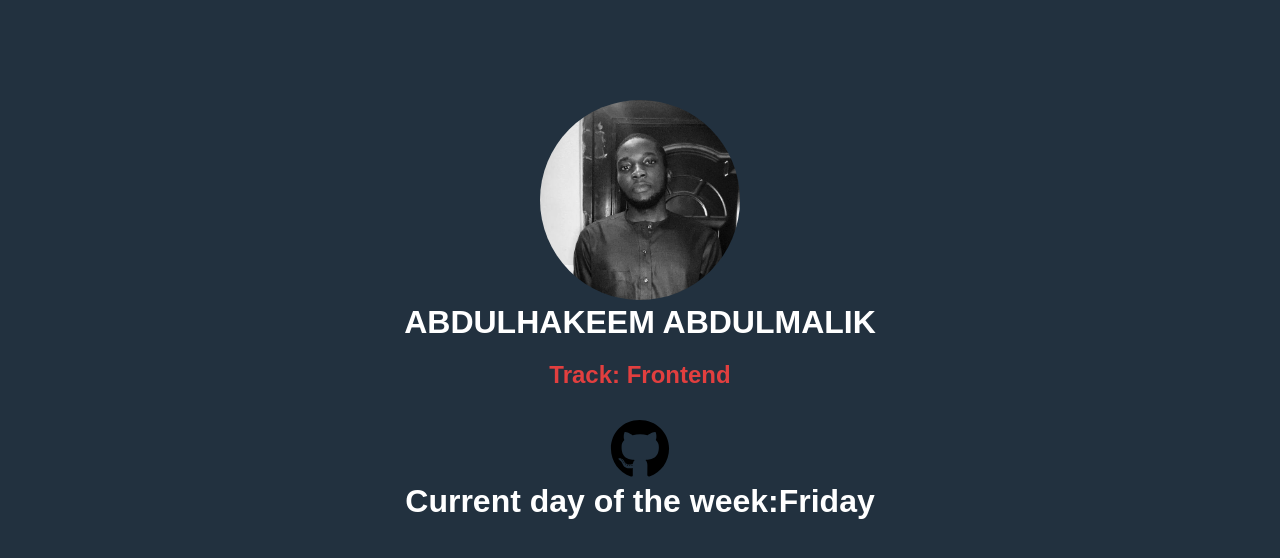
Repository: malikhakeem/HNG-TASK
Page: HNG-TASK1.html
The author's editor kept a copy of each file at every save. The page is drawn from the files as they stood at one save, then again after the next save.
The browser window is 1280 px wide. The pictures show the whole page.

Above is the page before, as saved 2023-09-08 23:13:32.
Console error: ReferenceError: currentTimeMillis is not defined

### HNG-TASK1.html
<!DOCTYPE html>
<html lang="en">

<head>
    <meta charset="UTF-8">
    <meta name="viewport" content="width=device-width, initial-scale=1.0">
    <link rel="stylesheet" href="./HNG-TASK!.css">

    <title>HNG</title>
    <script src="./HNG-TASK.js"></script>
</head>

<body>


    <div class="body">
        <div class="nav">
            <div class="nav-left"><img data-testId="slackDisplayImage" class="profile-pic" src="./pic/kim.jpg"
                    alt="Malik" /></div>
            <div class="nav-mid">
                <div class="slack-name">
                    <h1>ABDULHAKEEM ABDULMALIK</h1>
                </div>
                <div class="track">
                    <h2 data-testId="myTrack">Track: Frontend</h2>
                </div>
            </div>
            <div class="nav-right">
                <a data-testId="githubURL" href="link address"><img src="./pic//github.svg" width="60" height="60"></a>
            </div>


        </div>

        <div class="task">

            <div class="time">

            </div>
            <div class="date">

            </div>

        </div>
    </div>



    <script>
        const time = document.getElementsByClassName("time");
        time[0].innerHTML ="<h1>Current day of the week:" + currentTimeMillis + "</h1>";
        </script>
    <script>
        const date = document.getElementsByClassName("date");
        date[0].innerHTML ="<h1>Current day of the week:" + weekday + "</h1>";
        </script>
</body>

</html>

### HNG-TASK!.css
*{
    padding:0px;
    margin:0px;

}

.profile-pic{
    width:200px;
    height:200px;
    border-radius: 50%;
}
.nav{
    /* display:flex;

    justify-content: space-between;
    padding: 150px 100px 0px 100px; */
}

.nav-right{
   padding-top: 30px;
}

.body{
    display: flex;
    display: block;
    text-align: center;
}
.track{
    padding-top: 20px;
    color:rgb(226, 63, 63);
}

body{
    padding:100px 0px 0px 0px;
    color:white;
    display:flex;
 justify-content: center;
   font-family: sans-serif;
 background: #22313f;
}

### HNG-TASK.js


var dateObj = new Date()
var weekday = dateObj.toLocaleString("default", { weekday: "long" })
// weekday = "Saturday"

console.log(weekday)

After the next save:
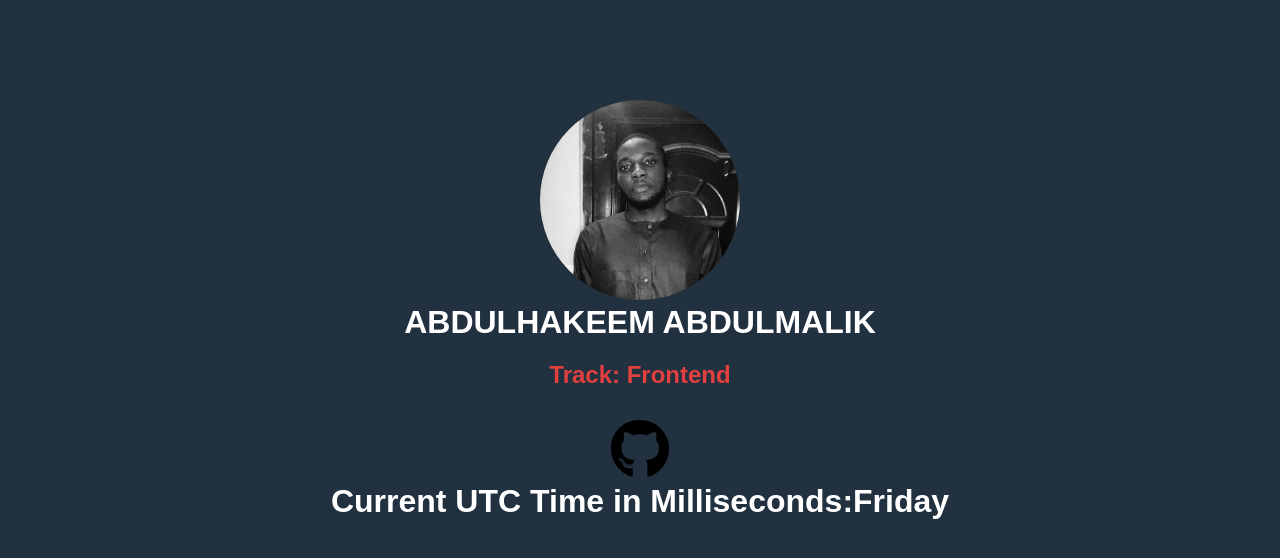
Saved 46 s later.
--- a/HNG-TASK1.html
+++ b/HNG-TASK1.html
@@ -52,7 +52,7 @@
         </script>
     <script>
         const date = document.getElementsByClassName("date");
-        date[0].innerHTML ="<h1>Current day of the week:" + weekday + "</h1>";
+        date[0].innerHTML ="<h1>Current UTC Time in Milliseconds:" + weekday + "</h1>";
         </script>
 </body>
 

After the save that followed:
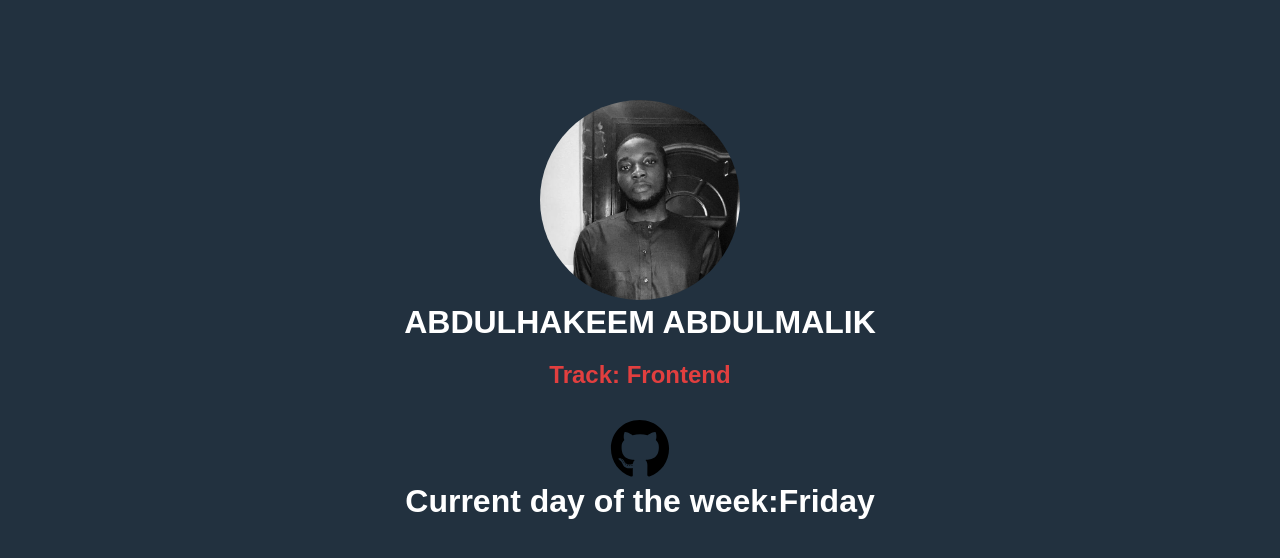
Saved 32 s later.
--- a/HNG-TASK1.html
+++ b/HNG-TASK1.html
@@ -48,11 +48,11 @@
 
     <script>
         const time = document.getElementsByClassName("time");
-        time[0].innerHTML ="<h1>Current day of the week:" + currentTimeMillis + "</h1>";
+        time[0].innerHTML ="<h1>Current UTC Time in Milliseconds:" + currentTimeMillis + "</h1>";
         </script>
     <script>
         const date = document.getElementsByClassName("date");
-        date[0].innerHTML ="<h1>Current UTC Time in Milliseconds:" + weekday + "</h1>";
+        date[0].innerHTML ="<h1>Current day of the week:" + weekday + "</h1>";
         </script>
 </body>
 
